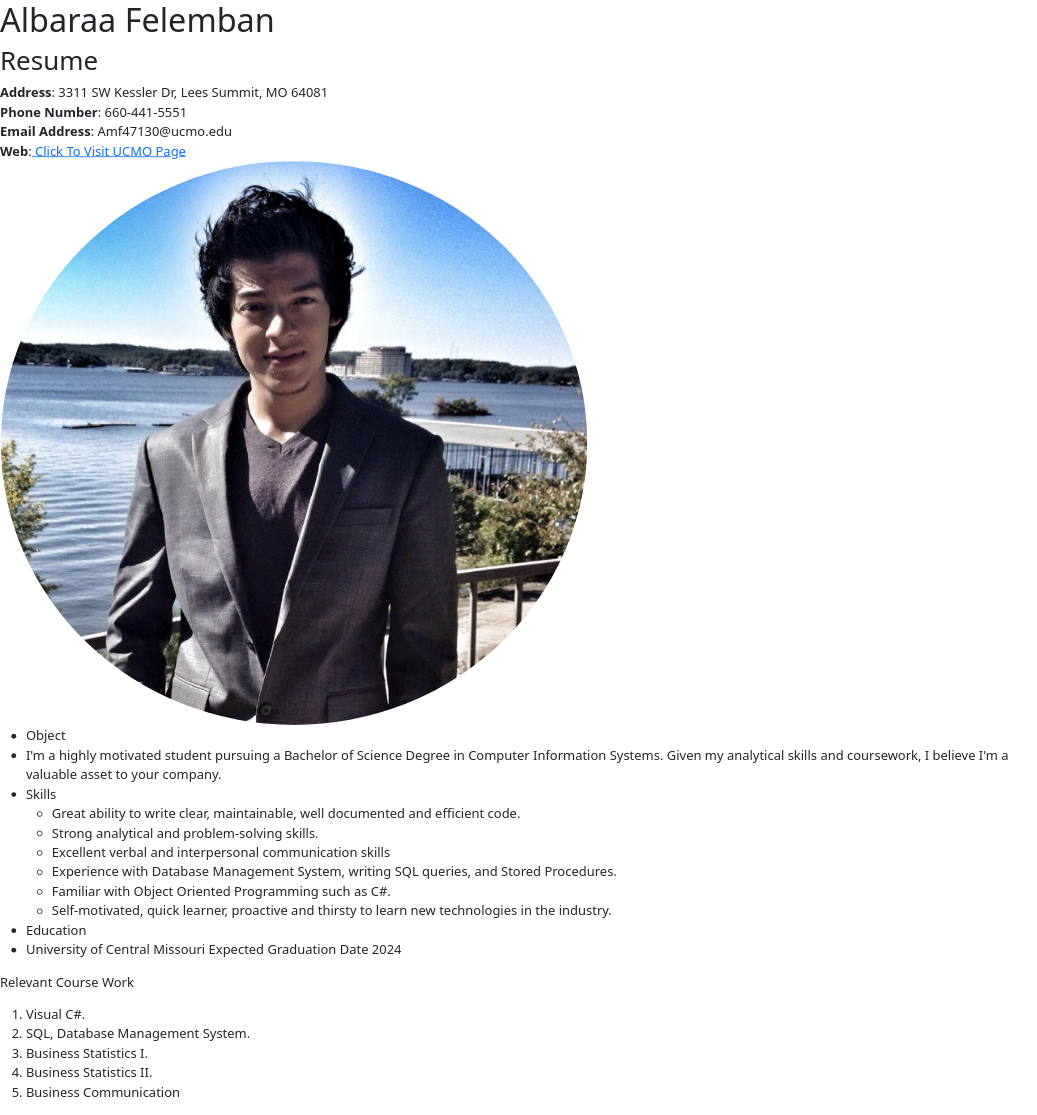
Repository: MrFelemban/RealEstate_Web-cis2625
Page: Lesson 8/index.html
The author's editor kept a record of every edit. The page is drawn from the files as they stood at one moment, then again after the next edit.
The browser window is 1280 px wide. The pictures show the whole page, at 81% of full size.

Above is the page before.

### Lesson 8/index.html
<!doctype html>
<html lang="en">
  <head>
    <meta charset="utf-8">
    <meta name="viewport" content="width=device-width, initial-scale=1">
    <title>Bootstrap demo</title>
    <link href="https://cdn.jsdelivr.net/npm/bootstrap@5.3.0-alpha1/dist/css/bootstrap.min.css" rel="stylesheet" integrity="sha384-GLhlTQ8iRABdZLl6O3oVMWSktQOp6b7In1Zl3/Jr59b6EGGoI1aFkw7cmDA6j6gD" crossorigin="anonymous">
  </head>
  <body>
	<table name="top" id="top">
		<tr>
			<td>
				<img src="PersonalPhoto.jpg"class="rounded-circle" alt="Albaraa Photo">
			</td>
			<div class="Div_Name">
				<h1> Albaraa Felemban</h1>
			</div>
			<h2>Resume</h2>
			<div class="myDiv">
				<b>Address</b>: 3311 SW Kessler Dr, Lees Summit, MO 64081</br>
				<b>Phone Number</b>: 660-441-5551</br>
				<b>Email Address</b>: Amf47130@ucmo.edu</br>
				<b>Web</b>:<a href=" http://www.ucmo.edu"> Click To Visit UCMO Page </a>
				</td>
		</tr>
		</div>
	</table>
	<ul>
		<li class="Subject">Object</li>

		<li id="Hook">I'm a highly motivated student pursuing a Bachelor of Science Degree in Computer Information Systems. Given my analytical skills and coursework, I believe I'm a valuable asset to your company.</li>

		<li class="Subject">Skills</li>

		<div class="Skills">
			<ul>
				<li>Great ability to write clear, maintainable, well documented and efficient code.</li>
				<li>Strong analytical and problem-solving skills.</li>
				<li>Excellent verbal and interpersonal communication skills</li>
				<li>Experience with Database Management System, writing SQL queries, and Stored Procedures.</li>
				<li>Familiar with Object Oriented Programming such as C#.</li>
				<li>Self-motivated, quick learner, proactive and thirsty to learn new technologies in the industry.</li>
			</ul>
		</div>
		<li class="Subject">Education</li>
		<li id="Education">
			University of Central Missouri Expected Graduation Date 2024
		</li>
	</ul>
	<p id="Courses">Relevant Course Work </p>
	<ol>
		<div class="Course_Work">
			<li>Visual C#.</li>
			<li>SQL, Database Management System.</li>
			<li>Business Statistics I.</li>
			<li>Business Statistics II.</li>
			<li>Business Communication</li>
		</div>
	</ol>    <script src="https://cdn.jsdelivr.net/npm/bootstrap@5.3.0-alpha1/dist/js/bootstrap.bundle.min.js" integrity="sha384-w76AqPfDkMBDXo30jS1Sgez6pr3x5MlQ1ZAGC+nuZB+EYdgRZgiwxhTBTkF7CXvN" crossorigin="anonymous"></script>
  </body>
</html>

After the next edit:
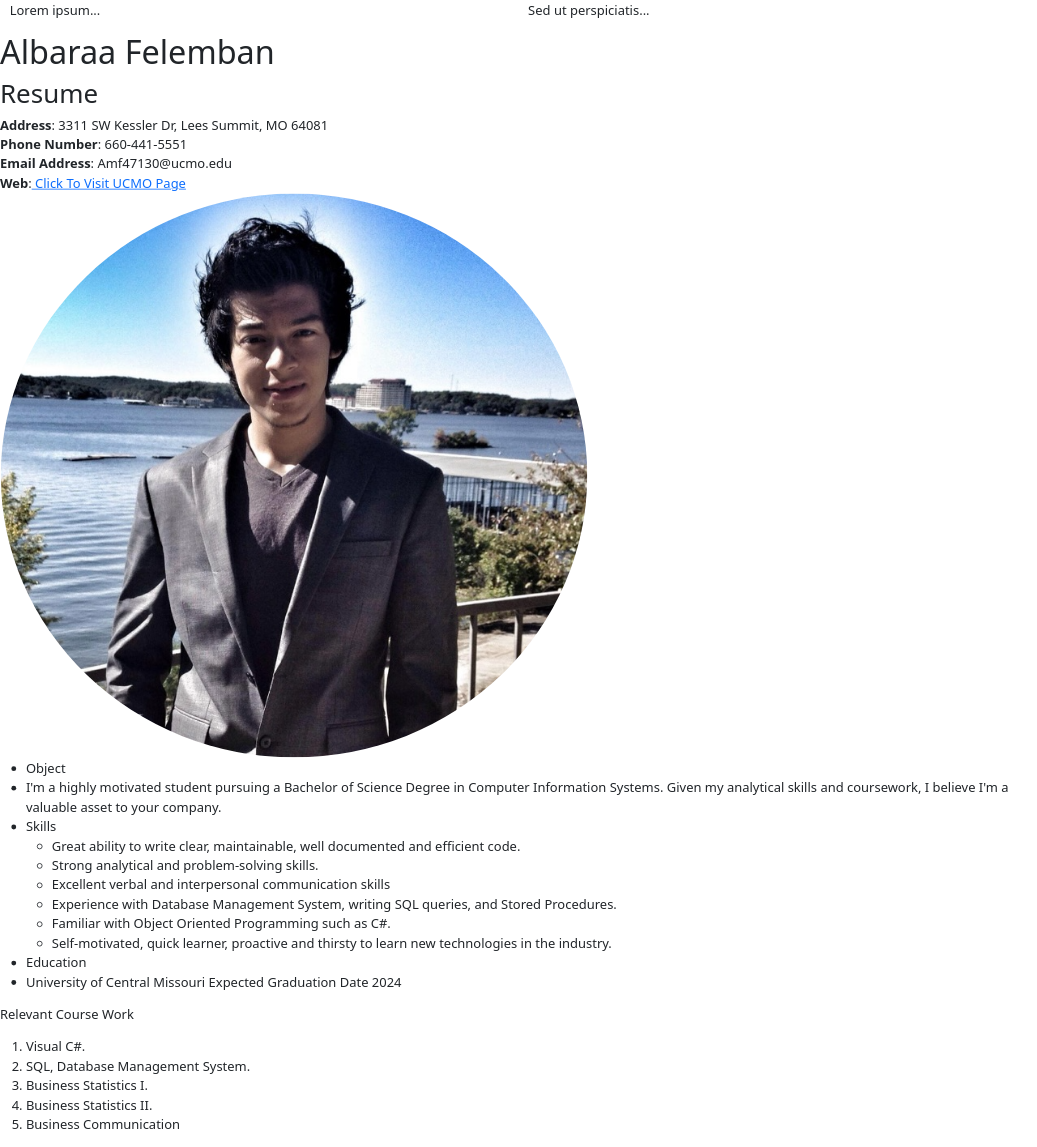
The edit:
--- a/Lesson 8/index.html
+++ b/Lesson 8/index.html
@@ -7,6 +7,16 @@
     <link href="https://cdn.jsdelivr.net/npm/bootstrap@5.3.0-alpha1/dist/css/bootstrap.min.css" rel="stylesheet" integrity="sha384-GLhlTQ8iRABdZLl6O3oVMWSktQOp6b7In1Zl3/Jr59b6EGGoI1aFkw7cmDA6j6gD" crossorigin="anonymous">
   </head>
   <body>
+      <div class="container-fluid">
+  <div class="row">
+    <div class="col-sm-3 col-md-6">
+      <p>Lorem ipsum...</p>
+    </div>
+    <div class="col-sm-9 col-md-6">
+      <p>Sed ut perspiciatis...</p>
+    </div>
+  </div>
+</div>
 	<table name="top" id="top">
 		<tr>
 			<td>
